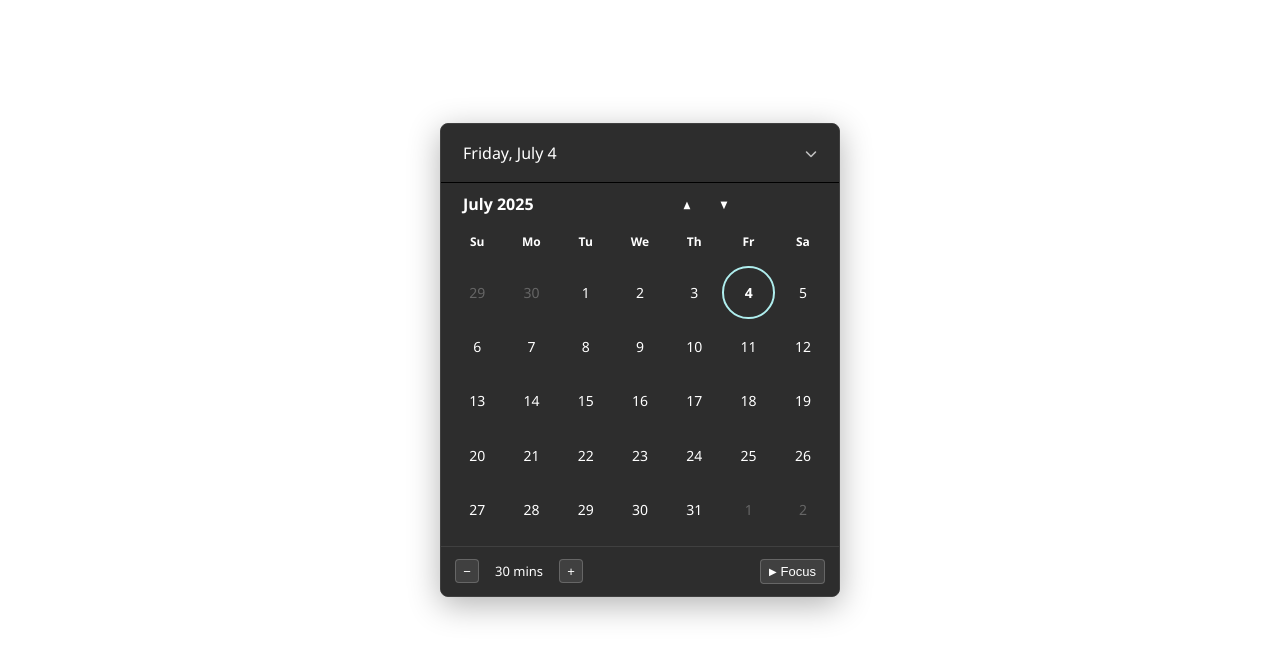
Repository: ThuTrang-jvb/JVB_BT2
Page: index.html
An editor plug-in stored every save of this project. The page is shown before and after a run of saves, followed by the edit.
The browser window is 1280 px wide. The pictures show the whole page.

Above is the page before, as saved 2025-07-07 10:46:18.

### index.html
<!DOCTYPE html>
<html lang="en">
<head>
  <meta charset="UTF-8" />
  <meta name="viewport" content="width=device-width, initial-scale=1.0"/>
  <title>Calendar</title>
  <link rel="stylesheet" href="style.css" />
  <link rel="stylesheet" href="https://cdnjs.cloudflare.com/ajax/libs/font-awesome/6.4.0/css/all.min.css" />
</head>
<body>
  <div class="calendar">
    <div class="top-bar">
      <div class="date-display" id="dateToggle">
        <span id="dateText">Monday, November 7</span>
        <span class="dropdown-icon" id="dropdownIcon">
          <i class="fa-solid fa-chevron-down"></i>
        </span>
      </div>
    </div>

    <div class="navigation-bar">
      <div class="title-block" id="calendarTitle">
        <span id="calendarTitleText">November 2022</span>
        <div class="arrow-controls">
          <span>&#9650;</span>
          <span>&#9660;</span>
        </div>
      </div>
    </div>

    <div class="main-calendar">
      <div class="weekday-header" id="weekdayHeader">
        <div class="weekday">Su</div>
        <div class="weekday">Mo</div>
        <div class="weekday">Tu</div>
        <div class="weekday">We</div>
        <div class="weekday">Th</div>
        <div class="weekday">Fr</div>
        <div class="weekday">Sa</div>
      </div>
      <div class="grid-display month-view" id="gridContainer"></div>
    </div>

    <div class="bottom-panel">
      <div class="control-section">
        <div class="session-control">
          <button class="btn-time" id="minusTime">−</button>
          <span class="time-display" id="durationLabel">30 mins</span>
          <button class="btn-time" id="plusTime">+</button>
        </div>
        <button class="session-btn" id="startBtn">
          <span class="session-icon">▶</span>
          <span>Focus</span>
        </button>
      </div>
    </div>
  </div>
  <script src="main.js"></script>
</body>
</html>

### style.css

* {
    margin: 0;
    padding: 0;
    box-sizing: border-box;
}

body {
    font-family: "Segoe UI", Tahoma, Geneva, Verdana, sans-serif;
    background: #ffffff;
    color: #000000;
    min-height: 100vh;
    display: flex;
    align-items: center;
    justify-content: center;
}

.calendar {
    background: #2d2d2d;
    border-radius: 8px;
    width: 100%;
    max-width: 400px;
    box-shadow: 0 8px 32px rgba(0, 0, 0, 0.3);
    border: 1px solid #404040;
    overflow: hidden;
    display: flex;
    flex-direction: column;
}

.top-bar {
    background: #2d2d2d;
    padding: 18px 22px;
    border-bottom: 1px solid #000;
}

.date-display {
    display: flex;
    align-items: center;
    justify-content: space-between;
    font-size: 16px;
    font-weight: 400;
    color: #ffffff;
    cursor: pointer;
    transition: color 0.2s ease;
}

.date-display:hover {
    color: #60a5fa;
}

.dropdown-icon {
    opacity: 0.7;
    font-size: 12px;
}

.navigation-bar {
    display: flex;
    align-items: center;
    justify-content: space-between;
    font-weight: 500;
    padding: 10px 22px;
    background: #2d2d2d;
}

.title-block {
    display: flex;
    justify-content: space-between;
    align-items: center;
    gap: 150px;
    font-size: 16px;
    font-weight: 600;
    color: #ffffff;
    cursor: pointer;
    transition: color 0.2s ease;
}

.title-block:hover {
    color: #60a5fa;
}

.arrow-controls {
    display: flex;
    gap: 30px;
    font-size: 10px;
    margin-left: auto;
}

.weekday-header {
    display: grid;
    grid-template-columns: repeat(7, 1fr);
    gap: 2px;
    margin-bottom: 8px;
    padding: 0 10px;
}

.weekday {
    text-align: center;
    font-size: 12px;
    font-weight: 600;
    color: white;
    padding: 8px 4px;
}

.grid-display {
    display: grid;
    gap: 2px;
    padding: 0 10px 10px;
}

.month-view {
    grid-template-columns: repeat(7, 1fr);
}

.year-view {
    grid-template-columns: repeat(4, 1fr);
    gap: 8px;
}

.decade-view {
    grid-template-columns: repeat(4, 1fr);
    gap: 8px;
}

.grid-cell,
.year-cell,
.decade-cell {
    aspect-ratio: 1;
    display: flex;
    align-items: center;
    justify-content: center;
    cursor: pointer;
    border-radius: 4px;
    font-size: 14px;
    font-weight: 400;
    transition: all 0.2s ease;
    color: #ffffff;
    min-height: 32px;
}

.grid-cell:hover,
.year-cell:hover,
.decade-cell:hover {
    background: #404040;
    border-radius: 50%;
}

.grid-cell.dimmed,
.decade-cell.dimmed {
    color: #666666;
}

.grid-cell.today,
.year-cell.current,
.decade-cell.current {
    background: #0078d4;
    color: white;
    font-weight: 600;
    border-radius: 50%;
}

.grid-cell.selected,
.year-cell.selected,
.decade-cell.selected {
    background: none;
    border: 2px solid paleturquoise;
    color: white;
    font-weight: 600;
    border-radius: 50%;
}

.bottom-panel {
    padding: 12px 14px;
    border-top: 1px solid #404040;
    background: #2d2d2d;
}

.control-section {
    display: flex;
    justify-content: space-between;
    align-items: center;
}

.session-control {
    display: flex;
    align-items: center;
    gap: 6px;
}

.btn-time {
    background: #404040;
    color: white;
    cursor: pointer;
    font-size: 13px;
    width: 24px;
    height: 24px;
    display: flex;
    align-items: center;
    justify-content: center;
    border: 1px solid rgba(255, 255, 255, 0.2);
    transition: all 0.2s ease;
    border-radius: 4px;
}

.btn-time:hover {
    color: #60a5fa;
}

.time-display {
    font-size: 13px;
    color: white;
    min-width: 60px;
    padding: 0 10px;
    text-align: center;
}

.session-btn {
    background: #404040;
    border: 1px solid rgba(255, 255, 255, 0.2);
    padding: 4px 8px;
    color: white;
    font-size: 13px;
    cursor: pointer;
    display: flex;
    align-items: center;
    gap: 4px;
    transition: color 0.2s ease;
    border-radius: 4px;
}

.session-btn:hover {
    color: #60a5fa;
    background: #404040;
}

.session-icon {
    font-size: 10px;
}

.hidden {
    display: none;
}
.main-calendar {
    overflow: hidden;
    transition: max-height 0.4s ease;
}
.main-calendar.collapsed {
  max-height: 0;
}

@media (max-width: 480px) {
    .calendar {
        width: 90%;
        margin: 10px;
    }
}

### main.js
class Calendar {
    constructor() {
        this.currentDate = new Date();
        this.selectedDate = new Date();
        this.currentMonth = new Date();
        this.viewMode = 'month';
        this.timeMinutes = 30;
        this.focusInterval = null;
        this.remainingSeconds = 0;

        this.months = [
            'January', 'February', 'March', 'April', 'May', 'June',
            'July', 'August', 'September', 'October', 'November', 'December'
        ];

        this.monthsShort = [
            'Jan', 'Feb', 'Mar', 'Apr', 'May', 'Jun',
            'Jul', 'Aug', 'Sep', 'Oct', 'Nov', 'Dec'
        ];

        this.init();
    }

    init() {
        this.bindEvents();
        this.updateDisplay();
        this.startRealTimeUpdate();
    }

    bindEvents() {
        document.getElementById('')
        document.getElementById('dateToggle').addEventListener('click', () => this.isCollapsed());
        document.getElementById('calendarTitle').addEventListener('click', () => this.handleNavTitleClick());
        const arrows = document.querySelectorAll('.arrow-controls span');
        if (arrows.length >= 2) {
            arrows[0].addEventListener('click', () => this.navigate(-1));
            arrows[1].addEventListener('click', () => this.navigate(1));
        }

        document.getElementById('minusTime').addEventListener('click', () => this.adjustTime(-5));
        document.getElementById('plusTime').addEventListener('click', () => this.adjustTime(15));
        document.getElementById('startBtn').addEventListener('click', () => this.toggleFocus());
    }

    adjustTime(minutes) {
        this.timeMinutes += minutes;
        if (this.timeMinutes < 5) this.timeMinutes = 5;
        if (this.timeMinutes > 480) this.timeMinutes = 480;
        this.updateTimeDisplay();
    }

    updateTimeDisplay() {
        const timeLabel = document.getElementById('durationLabel');
        if (this.timeMinutes >= 60) {
            const hours = Math.floor(this.timeMinutes / 60);
            const mins = this.timeMinutes % 60;
            if (mins === 0) {
                timeLabel.textContent = `${hours} hr${hours > 1 ? 's' : ''}`;
            } else {
                timeLabel.textContent = `${hours}h ${mins}m`;
            }
        } else {
            timeLabel.textContent = `${this.timeMinutes} mins`;
        }
    }

    toggleFocus() {
        const focusBtn = document.getElementById('startBtn');
        const icon = focusBtn.querySelector('.session-icon');
        const text = focusBtn.querySelector('span:last-child');

        if (text.textContent === 'Focus') {
            text.textContent = 'Stop';
            icon.textContent = '⏸';
            focusBtn.style.color = '#60a5fa';
            this.remainingSeconds = this.timeMinutes * 60;

            this.focusInterval = setInterval(() => {
                this.remainingSeconds--;
                this.updateCountdownDisplay();

                if (this.remainingSeconds <= 0) {
                    clearInterval(this.focusInterval);
                    this.focusInterval = null;
                    alert("Time's up!");
                    this.resetFocusButton();
                }
            }, 1000);

        } else {
            clearInterval(this.focusInterval);
            this.focusInterval = null;
            this.resetFocusButton();
            this.updateTimeDisplay();
        }
    }

    updateCountdownDisplay() {
        const timeLabel = document.getElementById('durationLabel');
        const minutes = Math.floor(this.remainingSeconds / 60);
        const seconds = this.remainingSeconds % 60;
        timeLabel.textContent = `${minutes}m ${seconds}s`;
    }

    resetFocusButton() {
        const focusBtn = document.getElementById('startBtn');
        const icon = focusBtn.querySelector('.session-icon');
        const text = focusBtn.querySelector('span:last-child');

        text.textContent = 'Focus';
        icon.textContent = '\u25B6';
        focusBtn.style.color = '#888888';
    }

    startRealTimeUpdate() {
        setInterval(() => {
            this.currentDate = new Date();
            this.updateHeaderDate();
        }, 1000);
    }

    handleHeaderClick() {
        if (this.viewMode !== 'month') {
            this.viewMode = 'month';
            this.updateDisplay();
        }
    }

    handleNavTitleClick() {
        switch (this.viewMode) {
            case 'month':
                this.viewMode = 'year';
                break;
            case 'year':
                this.viewMode = 'decade';
                break;
        }
        this.updateDisplay();
    }

    navigate(direction) {
        switch (this.viewMode) {
            case 'month':
                this.currentMonth.setMonth(this.currentMonth.getMonth() + direction);
                break;
            case 'year':
                this.currentMonth.setFullYear(this.currentMonth.getFullYear() + direction);
                break;
            case 'decade':
                this.currentMonth.setFullYear(this.currentMonth.getFullYear() + direction * 10);
                break;
        }
        this.updateDisplay();
    }

    updateDisplay() {
        this.updateHeaderDate();
        this.updateNavTitle();
        this.updateCalendarGrid();
        this.updateWeekdayHeader();
        this.updateTimeDisplay();
    }

    updateHeaderDate() {
        const options = { weekday: 'long', month: 'long', day: 'numeric' };
        const dateText = this.currentDate.toLocaleDateString('en-US', options);
        document.getElementById('dateText').textContent = dateText;
    }

    updateNavTitle() {
        let titleText = '';
        switch (this.viewMode) {
            case 'month':
                titleText = `${this.months[this.currentMonth.getMonth()]} ${this.currentMonth.getFullYear()}`;
                break;
            case 'year':
                titleText = this.currentMonth.getFullYear().toString();
                break;
            case 'decade':
                const startYear = Math.floor(this.currentMonth.getFullYear() / 10) * 10;
                titleText = `${startYear} - ${startYear + 9}`;
                break;
        }
        document.getElementById('calendarTitleText').textContent = titleText;
    }

    updateWeekdayHeader() {
        const header = document.getElementById('weekdayHeader');
        const grid = document.getElementById('gridContainer');

        if (this.viewMode === 'month') {
            header.classList.remove('hidden');
            grid.className = 'grid-display month-view';
        } else {
            header.classList.add('hidden');
            grid.className = `grid-display ${this.viewMode}-view`;
        }
    }

    updateCalendarGrid() {
        const grid = document.getElementById('gridContainer');
        grid.innerHTML = '';

        switch (this.viewMode) {
            case 'month':
                this.renderMonthView(grid);
                break;
            case 'year':
                this.renderYearView(grid);
                break;
            case 'decade':
                this.renderDecadeView(grid);
                break;
        }
    }

    renderMonthView(grid) {
        const daysInMonth = new Date(this.currentMonth.getFullYear(), this.currentMonth.getMonth() + 1, 0).getDate();
        const firstDay = new Date(this.currentMonth.getFullYear(), this.currentMonth.getMonth(), 1).getDay();
        const prevMonth = new Date(this.currentMonth.getFullYear(), this.currentMonth.getMonth(), 0);
        const prevMonthDays = prevMonth.getDate();

        for (let i = firstDay - 1; i >= 0; i--) {
            const day = document.createElement('div');
            day.className = 'grid-cell dimmed';
            day.textContent = prevMonthDays - i;
            grid.appendChild(day);
        }

        for (let day = 1; day <= daysInMonth; day++) {
            const date = new Date(this.currentMonth.getFullYear(), this.currentMonth.getMonth(), day);
            const dayElement = document.createElement('div');
            dayElement.className = 'grid-cell';
            dayElement.textContent = day;

            if (this.isSameDay(date, this.currentDate)) dayElement.classList.add('today');
            if (this.isSameDay(date, this.selectedDate)) dayElement.classList.add('selected');

            dayElement.addEventListener('click', () => {
                this.selectedDate = new Date(date);
                this.updateDisplay();
            });

            grid.appendChild(dayElement);
        }

        const totalCells = Math.ceil((firstDay + daysInMonth) / 7) * 7;
        const remainingCells = totalCells - (firstDay + daysInMonth);

        for (let day = 1; day <= remainingCells; day++) {
            const dayElement = document.createElement('div');
            dayElement.className = 'grid-cell dimmed';
            dayElement.textContent = day;
            grid.appendChild(dayElement);
        }
    }

    renderYearView(grid) {
        for (let month = 0; month < 12; month++) {
            const monthElement = document.createElement('div');
            monthElement.className = 'year-cell';
            monthElement.textContent = this.monthsShort[month];

            const date = new Date(this.currentMonth.getFullYear(), month, 1);

            if (month === this.currentDate.getMonth() && this.currentMonth.getFullYear() === this.currentDate.getFullYear()) {
                monthElement.classList.add('current');
            }
            if (month === this.currentMonth.getMonth()) {
                monthElement.classList.add('selected');
            }

            monthElement.addEventListener('click', () => {
                this.currentMonth.setMonth(month);
                this.viewMode = 'month';
                this.updateDisplay();
            });

            grid.appendChild(monthElement);
        }
    }

    renderDecadeView(grid) {
        const currentYear = this.currentMonth.getFullYear();
        const startYear = Math.floor(currentYear / 10) * 10 - 2;

        for (let i = 0; i < 16; i++) {
            const year = startYear + i;
            const yearElement = document.createElement('div');
            yearElement.className = 'decade-cell';
            yearElement.textContent = year;

            if (year === this.currentDate.getFullYear()) yearElement.classList.add('current');
            if (year === this.currentMonth.getFullYear()) yearElement.classList.add('selected');
            if (i < 2 || i > 13) yearElement.classList.add('dimmed');

            yearElement.addEventListener('click', () => {
                this.currentMonth.setFullYear(year);
                this.viewMode = 'year';
                this.updateDisplay();
            });

            grid.appendChild(yearElement);
        }
    }

    isSameDay(date1, date2) {
        return date1.getDate() === date2.getDate() &&
               date1.getMonth() === date2.getMonth() &&
               date1.getFullYear() === date2.getFullYear();
    }
    isCollapsed() {
        const calendar = document.querySelector('.calendar');
        const mainCalendar = document.querySelector('.main-calendar');
        const navigationBar = document.querySelector('.navigation-bar');
        const dropdownIcon = document.getElementById('dropdownIcon');

        calendar.classList.toggle('collapsed');

        if (calendar.classList.contains('collapsed')) {
            mainCalendar.style.display = 'none';
            navigationBar.style.display = 'none';

            // Đổi icon mũi tên thành hướng lên
            if (dropdownIcon.tagName === 'I') {
                dropdownIcon.classList.remove('fa-chevron-down');
                dropdownIcon.classList.add('fa-chevron-up');
            } else {
                dropdownIcon.textContent = '▲';
            }
        } else {
            mainCalendar.style.display = '';
            navigationBar.style.display = '';

            // Đổi icon mũi tên thành hướng xuống
            if (dropdownIcon.tagName === 'I') {
                dropdownIcon.classList.remove('fa-chevron-up');
                dropdownIcon.classList.add('fa-chevron-down');
            } else {
                dropdownIcon.textContent = '▼';
            }
        }
    }

}

document.addEventListener('DOMContentLoaded', () => {
    new Calendar();
});

After the next 4 saves:
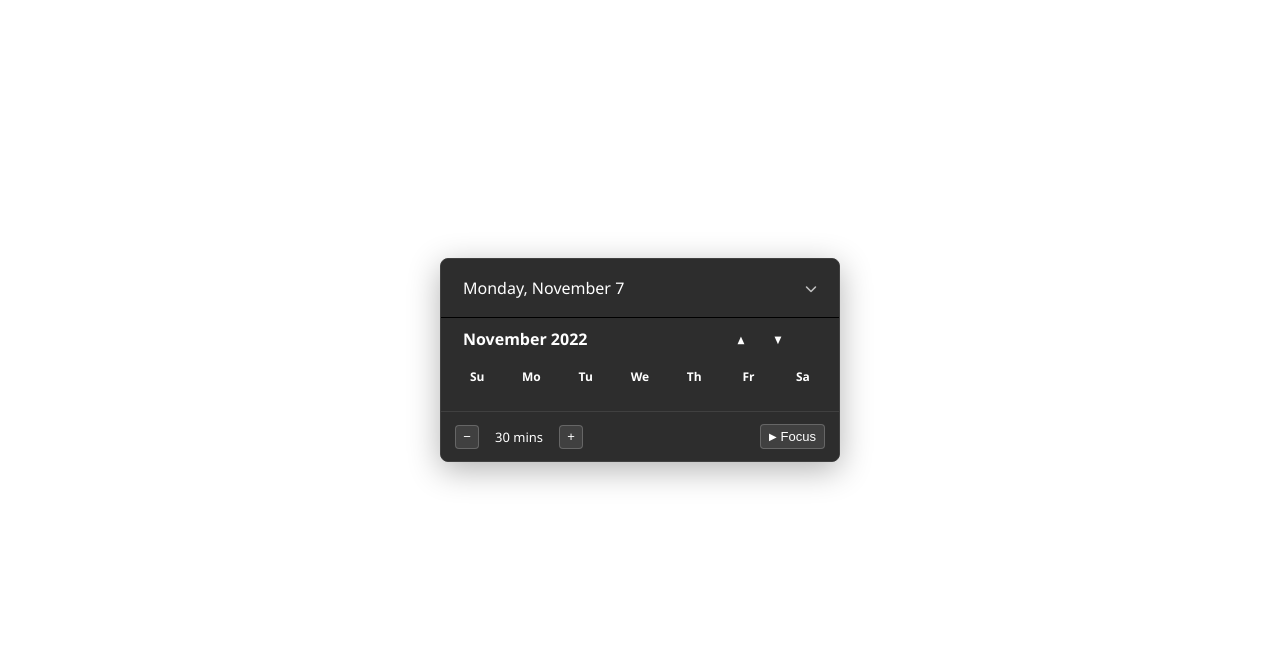
Console error: TypeError: Cannot read properties of null (reading 'addEventListener')
The 4 saves are shown as one change because they came seconds apart.
The last was saved 35 s later.
--- a/main.js
+++ b/main.js
@@ -29,7 +29,7 @@
 
     bindEvents() {
         document.getElementById('')
-        document.getElementById('dateToggle').addEventListener('click', () => this.isCollapsed());
+        document.getElementById('drop').addEventListener('click', () => this.isCollapsed());
         document.getElementById('calendarTitle').addEventListener('click', () => this.handleNavTitleClick());
         const arrows = document.querySelectorAll('.arrow-controls span');
         if (arrows.length >= 2) {

After the save that followed:
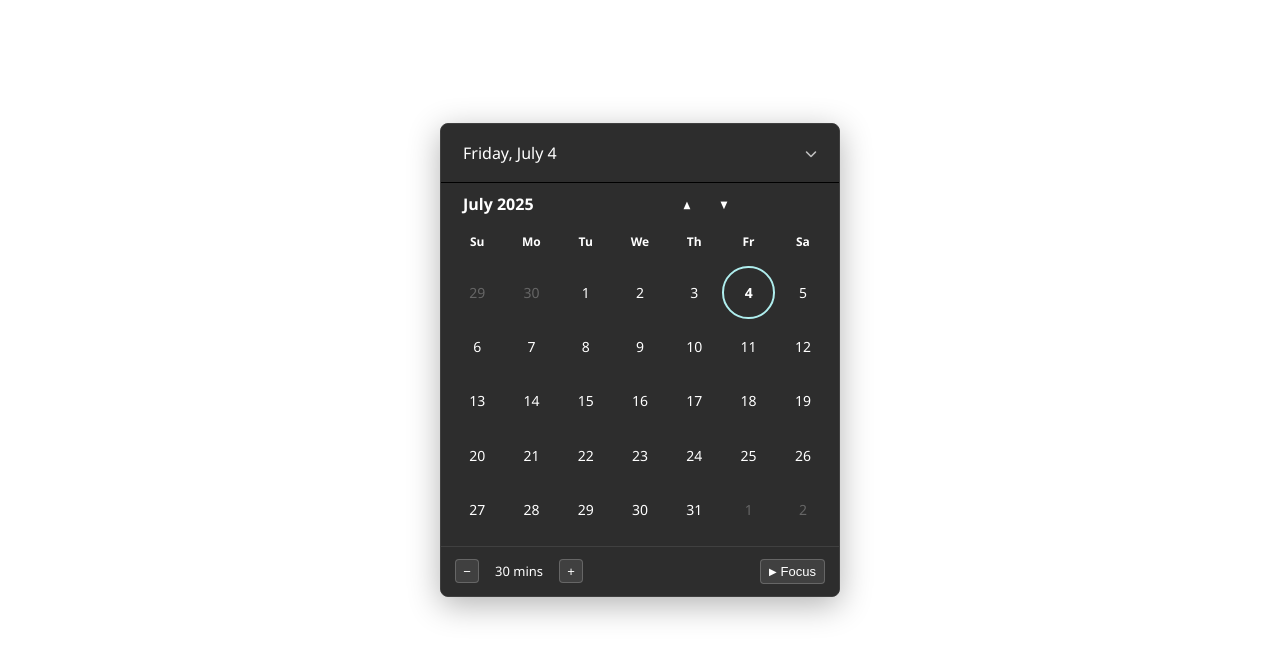
The error is gone.
Saved 5 s later.
--- a/main.js
+++ b/main.js
@@ -29,7 +29,7 @@
 
     bindEvents() {
         document.getElementById('')
-        document.getElementById('drop').addEventListener('click', () => this.isCollapsed());
+        document.getElementById('dropdownIcon').addEventListener('click', () => this.isCollapsed());
         document.getElementById('calendarTitle').addEventListener('click', () => this.handleNavTitleClick());
         const arrows = document.querySelectorAll('.arrow-controls span');
         if (arrows.length >= 2) {
